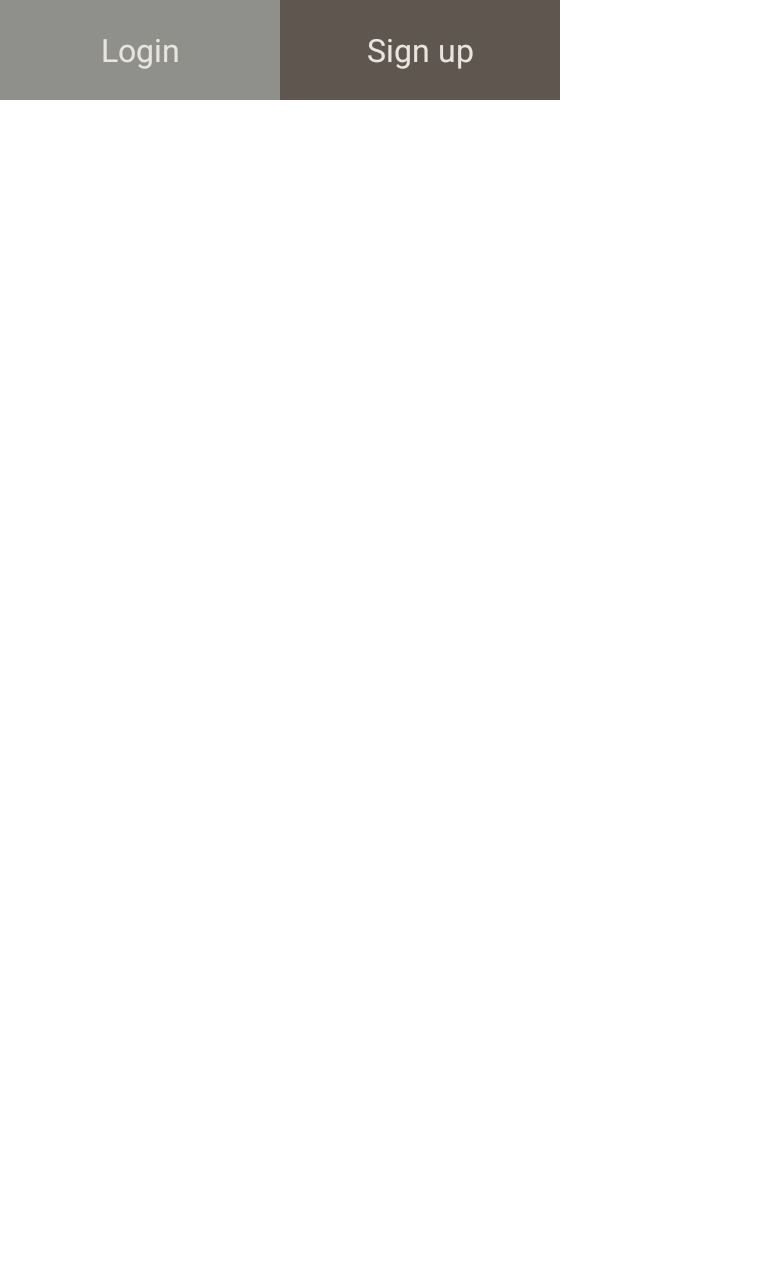
Repository: jannelg92/ANDROIDAPP
Layout: Jannel/CURRENTPROJECT/GISWorkspace/TAMU Geoinnovation GIS DAY Events/res/layout/fragment_main_logoptions.xml
The author's editor kept a copy of each file at every save. The layout is drawn from the files as they stood at one save, then again after the next save.
It is drawn on a 768 x 1280 px phone screen (xhdpi) without system bars, with theme AppTheme; the app's code is not run.

Above is the layout before, as saved 2014-04-10 20:09:25.

After the next save:
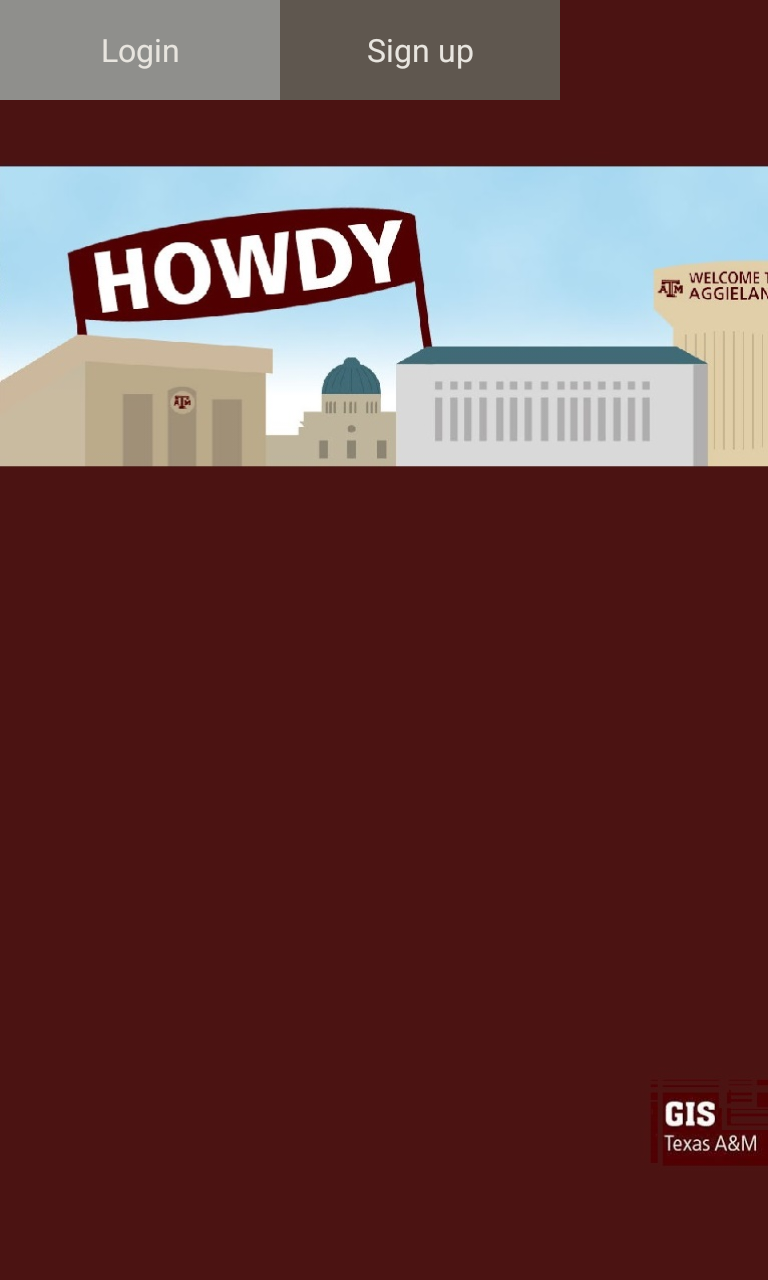
Saved 6 min 8 s later.
--- a/Jannel/CURRENTPROJECT/GISWorkspace/TAMU Geoinnovation GIS DAY Events/res/layout/fragment_main_logoptions.xml
+++ b/Jannel/CURRENTPROJECT/GISWorkspace/TAMU Geoinnovation GIS DAY Events/res/layout/fragment_main_logoptions.xml
@@ -1,7 +1,8 @@
 <LinearLayout xmlns:android="http://schemas.android.com/apk/res/android"
     android:layout_width="match_parent"
     android:layout_height="match_parent"
-    android:id="@+id/logoptions"  >
+    android:id="@+id/logoptions"
+    android:background="@drawable/aggieland_blank" >
 
      <Button
 			            android:id="@+id/login_b"
